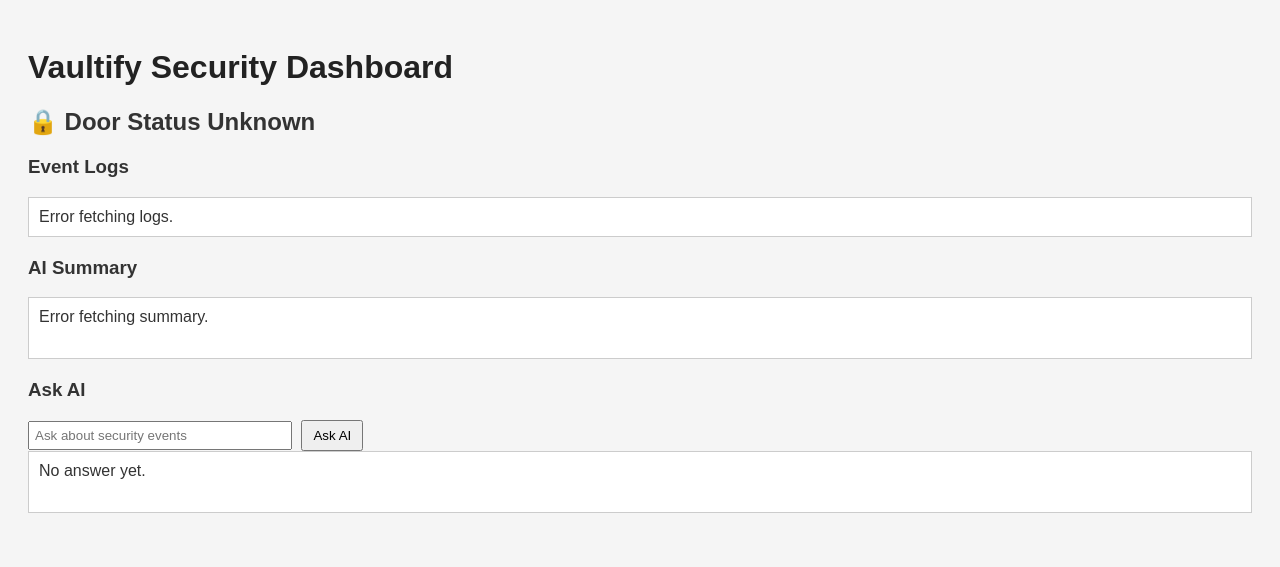
Repository: SH-Nihil-Mukkesh-25/Vaultify
Page: public/index.html
An editor plug-in stored every save of this project. The page is shown before and after a run of saves, followed by the edit.
The browser window is 1280 px wide. The pictures show the whole page.
The page's requests for data from a server got no answer.

Above is the page before, as saved 2025-10-01 21:03:20.

After the next 2 saves:
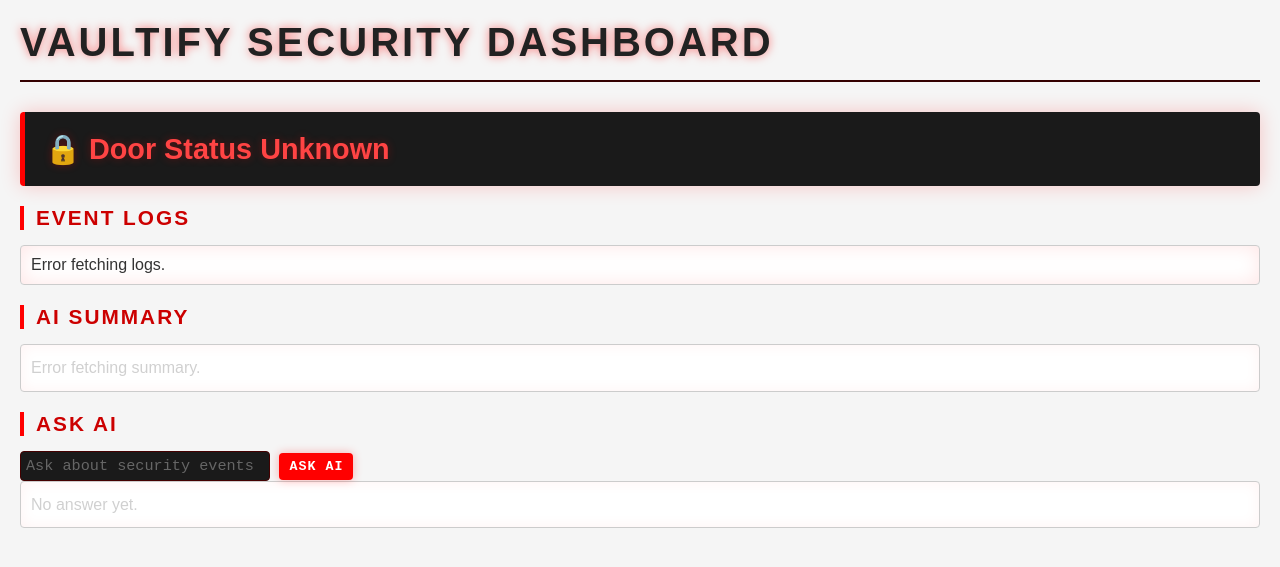
The 2 saves are shown as one change because they came seconds apart.
The last was saved 8 s later.
--- a/public/index.html
+++ b/public/index.html
@@ -3,6 +3,7 @@
 <head>
   <meta charset="UTF-8">
   <title>Vaultify Security Dashboard</title>
+  <link rel="stylesheet" href="vaultify-styles.css">
   <style>
     body {
       font-family: Arial, sans-serif;
